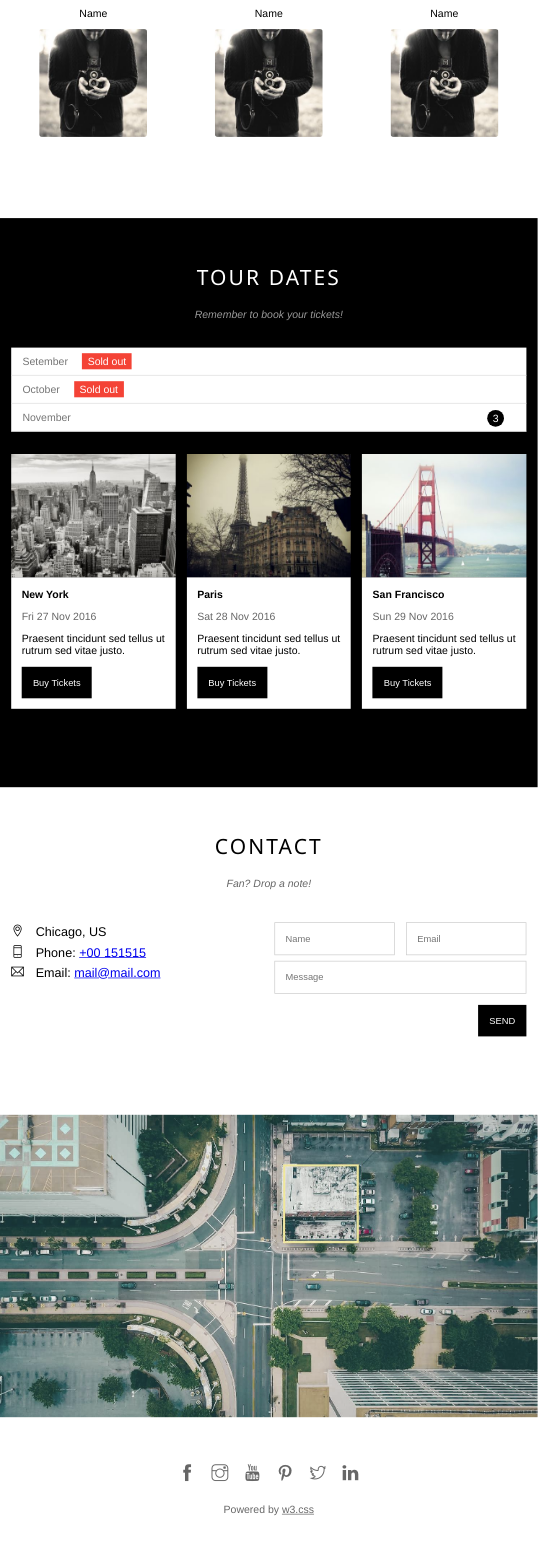
Repository: Lehau79/w3_band
Page: index.html
The author's editor kept a copy of each file at every save. The page is drawn from the files as they stood at one save, then again after the next save.
The browser window is 768 px wide. The pictures show the part of the page from y = 792 to 3032 px (the page is 3032 px tall), at 70% of full size.

Above is the page before, as saved 2021-11-21 17:13:44.

After the next save:
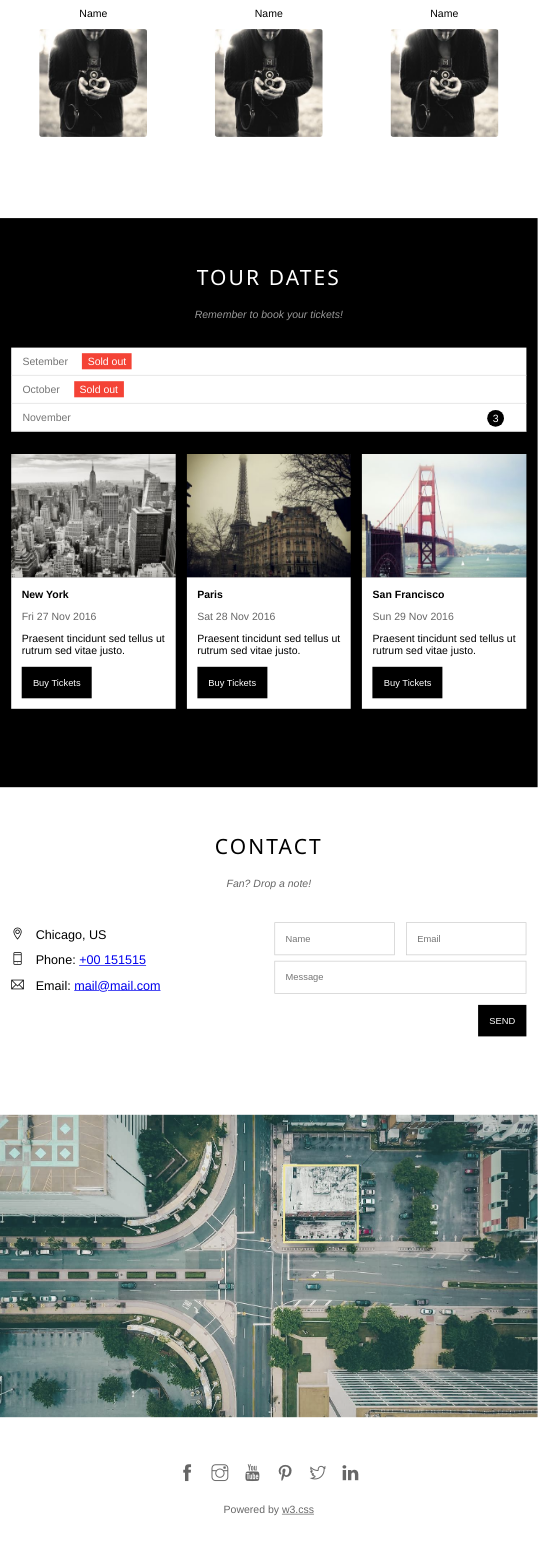
Saved 67 s later.
--- a/assets/css/responsive.css
+++ b/assets/css/responsive.css
@@ -14,6 +14,10 @@
     }
     .contact-form .form-control {
         padding: 15px;
+    }
+
+    .contact-info {
+        line-height: 2;
     }
 
     .socials-list {
